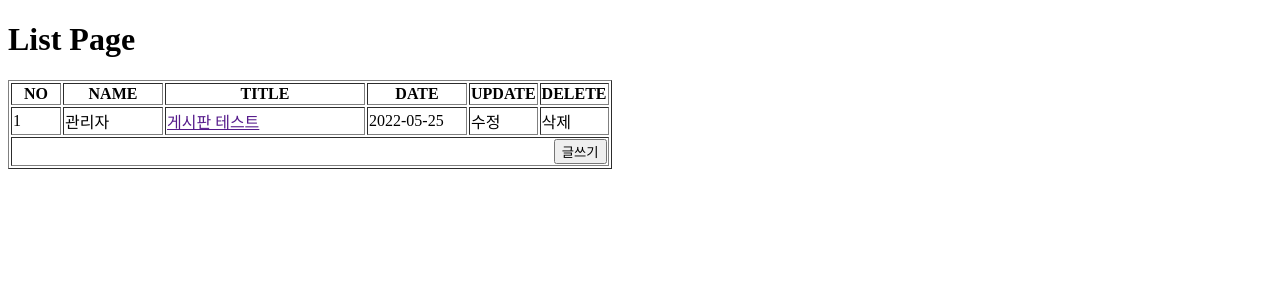
Repository: yyci12/TIL
Page: http://localhost/Jsp01_MyBoard/
An editor plug-in stored every save of this project. The page is shown before and after the next save, followed by the edit.
The browser window is 1280 px wide. The pictures show the whole page.
The page is served by Tomcat 9. The database holds what the project's SQL file puts in it.

Above is the page before, as saved 2022-05-25 07:10:48.

### Web/Jsp01_MyBoard/WebContent/index.jsp
<%@ page language="java" contentType="text/html; charset=UTF-8"
    pageEncoding="UTF-8"%>
<!DOCTYPE html>
<html>
<head>
<meta charset="UTF-8">
<title>Insert title here</title>
</head>
<body>
	<%--
	<h1>시작</h1>
	<%for(int i=0; i<3; i++){ %>
		<b>안녕</b>
	<%} %>
	--%>
	<jsp:forward page="./mylist.jsp"></jsp:forward> <%-- jsp 액션태그 --%>
</body>
</html>

### Web/Jsp01_MyBoard/WebContent/mylist.jsp
<%@ page language="java" contentType="text/html; charset=UTF-8"
    pageEncoding="UTF-8"%>
<%request.setCharacterEncoding("UTF-8"); %>
<%response.setContentType("text/html; charset=UTF-8"); %>
  <%@page import="com.my.dao.MyBoardDao"%>
  <%@page import="com.my.dto.MyBoardDto"%>
  <%@page import="java.util.List" %>
<!DOCTYPE html>
<html>
<head>
<meta charset="UTF-8">
<title>Insert title here</title>
</head>
<body>

<%
	MyBoardDao dao = new MyBoardDao();
	List<MyBoardDto> list  = dao.selectAll();
%>
	<h1>List Page</h1>

	<table border=1>
		<col width="50px">
		<col width="100px">
		<col width="200px">
		<col width="100px">
		<tr>
			<th>NO</th>
			<th>NAME</th>
			<th>TITLE</th>
			<th>DATE</th>
			<th>UPDATE</th>
			<th>DELETE</th>
		</tr>
<%
	for(int i=0; i<list.size();i++){
%>
	<tr>
		<td><%=list.get(i).getMyno()%></td>
		<td><%=list.get(i).getMyname()%></td>
		<td><a href=""><%=list.get(i).getMytitle()%></a></td>
		<td><%=list.get(i).getMydate()%></td>
		<td><a>수정</a></td>
		<td><a>삭제</a></td>
	</tr>
<%
	}
%>
<tr>
	<td colspan="6" align="right">
		<button onclick ="">글쓰기</button>
	</td>
	</tr>
	</table>
</body>
</html>

### Web/Jsp01_MyBoard/src/com/my/dao/MyBoardDao.java
package com.my.dao;

import java.sql.Connection;
import java.sql.DriverManager;
import java.sql.ResultSet;
import java.sql.SQLException;
import java.sql.Statement;
import java.util.ArrayList;
import java.util.List;

import com.my.dto.MyBoardDto;

public class MyBoardDao {
	Connection con = null;

	public MyBoardDao() {
		//드라이버 등록
		try {
			Class.forName("com.mysql.jdbc.Driver");
			System.out.println("01. driver연결");
		} catch (ClassNotFoundException e) {
			System.out.println("01. driver 연결실패");
			e.printStackTrace();
		}
	}

	//전체출력
	public List<MyBoardDto> selectAll(){
		try {
			con = DriverManager.getConnection("jdbc:mysql://localhost/multi","root","1234");
			System.out.println("02.연결성공");
		} catch (SQLException e) {
			// TODO Auto-generated catch block
			System.out.println("02.연결실패");
			e.printStackTrace();
		}

		Statement stmt = null;
		ResultSet rs = null;
		List<MyBoardDto> res = new ArrayList<MyBoardDto>();
		String sql = "SELECT * FROM MYBOARD";

		try {
			stmt = con.createStatement();
			System.out.println("03. query 준비 :" +sql);

			rs = stmt.executeQuery(sql);
			System.out.println("04. query 실행 및 리턴");
			while(rs.next()) {
				MyBoardDto dto = new MyBoardDto(rs.getInt(1),rs.getString(2),rs.getString(3),
												rs.getString(4),rs.getDate(5));
				res.add(dto);
			}
		} catch (SQLException e) {
			System.out.println("3/4단계에러");
			e.printStackTrace();
		}finally {
			try {
				rs.close();
				stmt.close();
				con.close();
				System.out.println("05.db종료\n");
			} catch (SQLException e) {
				System.out.println("05.db종료 에러\n");
				e.printStackTrace();
			}
		}
		System.out.println();
		return res;
	}


}

### Web/Jsp01_MyBoard/src/com/my/dto/MyBoardDto.java
package com.my.dto;

import java.util.Date;

public class MyBoardDto {
	private int myno;
	private String myname;
	private String mytitle;
	private String mycontent;
	private Date mydate;

	public MyBoardDto() {
		super();
		// TODO Auto-generated constructor stub
	}

	public MyBoardDto(int myno, String myname, String mytitle, String mycontent, Date mydate) {
		super();
		this.myno = myno;
		this.myname = myname;
		this.mytitle = mytitle;
		this.mycontent = mycontent;
		this.mydate = mydate;
	}

	public int getMyno() {
		return myno;
	}
	public void setMyno(int myno) {
		this.myno = myno;
	}
	public String getMyname() {
		return myname;
	}
	public void setMyname(String myname) {
		this.myname = myname;
	}
	public String getMytitle() {
		return mytitle;
	}
	public void setMytitle(String mytitle) {
		this.mytitle = mytitle;
	}
	public String getMycontent() {
		return mycontent;
	}
	public void setMycontent(String mycontent) {
		this.mycontent = mycontent;
	}
	public Date getMydate() {
		return mydate;
	}
	public void setMydate(Date mydate) {
		this.mydate = mydate;
	}

}

### Web/Jsp01_MyBoard/build/classes/myboard.sql (the tables this page reads)
CREATE table MYBOARD(
	MYNO INT auto_increment primary key,
	MYNAME VARCHAR(100) not null,
	MYTILTE VARCHAR(2000) not null,
	MYCONTENT VARCHAR(4000) not null,
	MYDATE DATE not null
);

INSERT into MYBOARD VALUES(null,'관리자','게시판 테스트','테스트중입니다. 123456789ABCD',NOW());

After the next save:
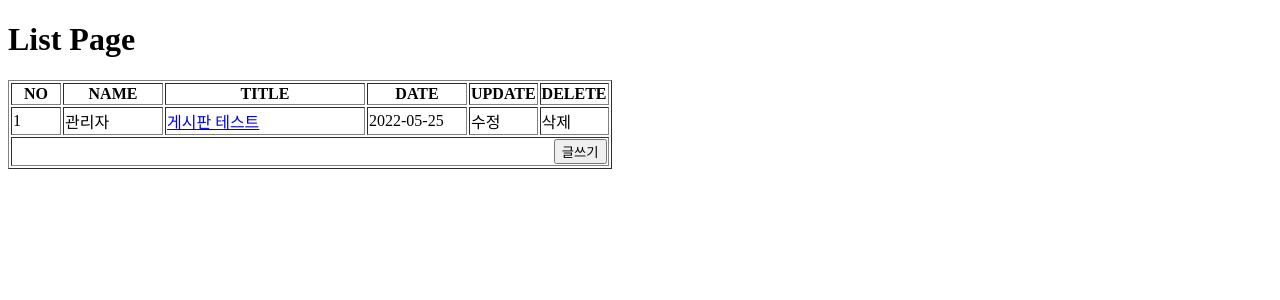
Saved 66 s later.
--- a/Web/Jsp01_MyBoard/WebContent/mylist.jsp
+++ b/Web/Jsp01_MyBoard/WebContent/mylist.jsp
@@ -38,7 +38,7 @@
 	<tr>
 		<td><%=list.get(i).getMyno()%></td>
 		<td><%=list.get(i).getMyname()%></td>
-		<td><a href=""><%=list.get(i).getMytitle()%></a></td>
+		<td><a href="selectone.jsp"><%=list.get(i).getMytitle()%></a></td>
 		<td><%=list.get(i).getMydate()%></td>
 		<td><a>수정</a></td>
 		<td><a>삭제</a></td>
